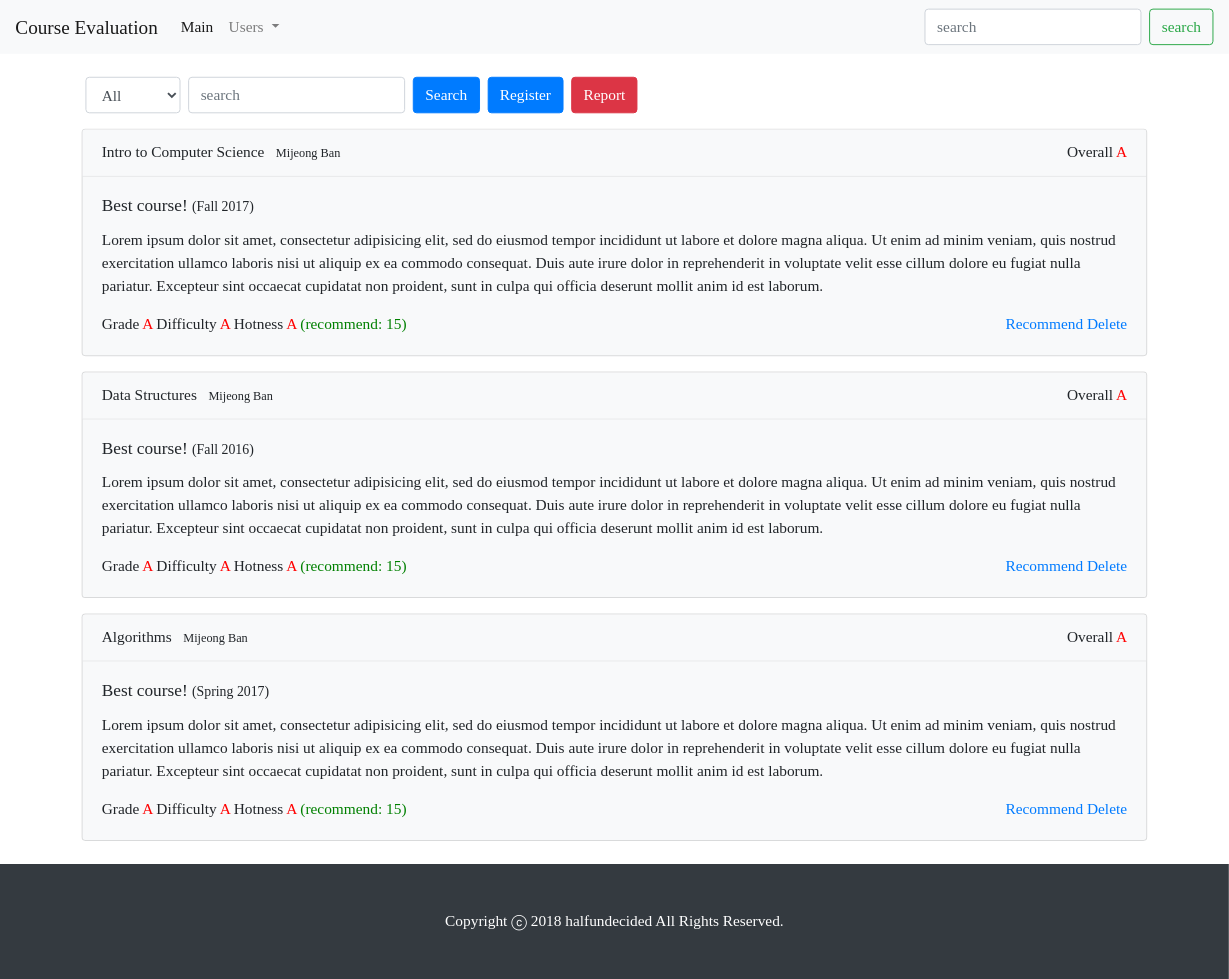
Repository: halfundecided/jsp-courseEval
Page: http://localhost/CourseEvaluation/
The author's editor kept a copy of each file at every save. The page is drawn from the files as they stood at one save, then again after the next save.
The browser window is 1280 px wide. The pictures show the whole page, at 96% of full size.
Some web fonts or font styles are not loaded; a fallback is used. The page is served by Tomcat 9.

Above is the page before, as saved 2018-02-11 10:52:41.

After the next save:
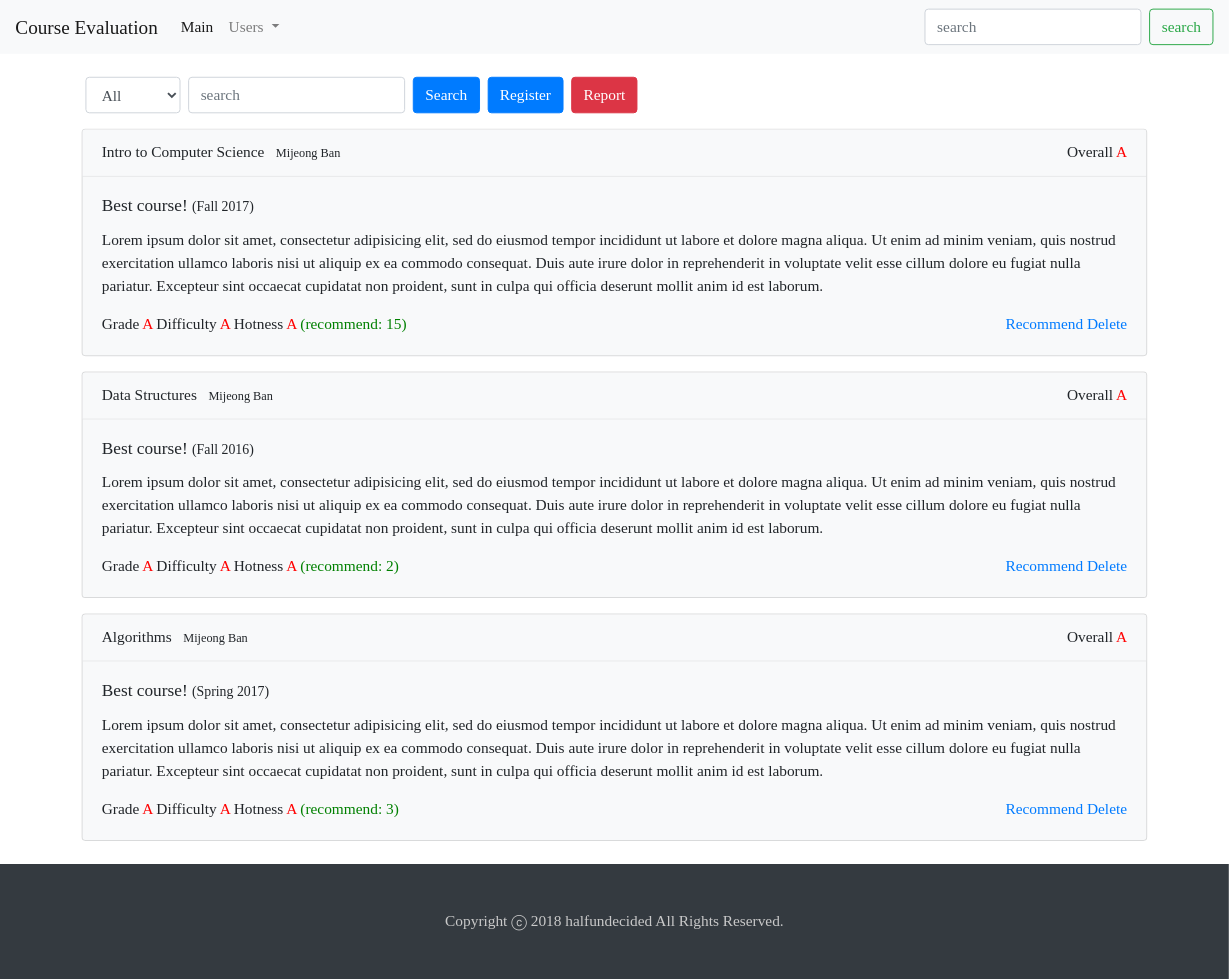
Saved 39 s later.
--- a/CourseEvaluation/WebContent/index.jsp
+++ b/CourseEvaluation/WebContent/index.jsp
@@ -28,9 +28,9 @@
             Users
           </a>
           <div class="dropdown-menu" aria-labelledby="dropdown">
-            <a class="dropdown-item" href="#">Log in</a>
-            <a class="dropdown-item" href="#">Sign up</a>
-            <a class="dropdown-item" href="#">Log out</a>
+            <a class="dropdown-item" href="userLogin.jsp">Log in</a>
+            <a class="dropdown-item" href="userJoin.jsp">Sign up</a>
+            <a class="dropdown-item" href="userLogout.jsp">Log out</a>
           </div>
         </li>
       </ul>
@@ -101,7 +101,7 @@
             Grade <span style="color: red;">A</span>
             Difficulty <span style="color: red;">A</span>
             Hotness <span style="color: red;">A</span>
-            <span style="color: green;">(recommend: 15)</span>
+            <span style="color: green;">(recommend: 2)</span>
           </div>
           <div class="col-3 text-right">
             <a onclick="return conficm('recommend?')" href="./likeAction.jsp?evaluationID">Recommend</a>
@@ -129,7 +129,7 @@
             Grade <span style="color: red;">A</span>
             Difficulty <span style="color: red;">A</span>
             Hotness <span style="color: red;">A</span>
-            <span style="color: green;">(recommend: 15)</span>
+            <span style="color: green;">(recommend: 3)</span>
           </div>
           <div class="col-3 text-right">
             <a onclick="return conficm('recommend?')" href="./likeAction.jsp?evaluationID">Recommend</a>
@@ -143,7 +143,7 @@
         <div class="modal-dialog">
           <div class="modal-content">
             <div class="modal-header">
-              <h4 class="modal-title" id="modal">Register Evaluation</h5>
+              <h4 class="modal-title" id="modal">Register Evaluation</h4>
               <button type="button" class="close" data-dismiss="modal" aria-label="Close">
                 <span aria-hidden="true">&times;</span>
               </button>
@@ -261,7 +261,7 @@
       <div class="modal-dialog">
         <div class="modal-content">
           <div class="modal-header">
-            <h4 class="modal-title" id="modal">Report</h5>
+            <h4 class="modal-title" id="modal">Report</h4>
             <button type="button" class="close" data-dismiss="modal" aria-label="Close">
               <span aria-hidden="true">&times;</span>
             </button>
@@ -285,9 +285,9 @@
         </div>
       </div>
     </div>
-    <footer class="bg-dark mt-4 p-5 text-center" style="color: #FFFFFF;">
+  <footer class="bg-dark mt-4 p-5 text-center" style="color: #C9C9C9;">
       Copyright ⓒ 2018 halfundecided All Rights Reserved.
-    </footer>
+  </footer>
   <!-- jQuery javaScript -->
   <script type="text/javascript" src="./js/jquery.min.js"></script>
   <!-- popper -->
